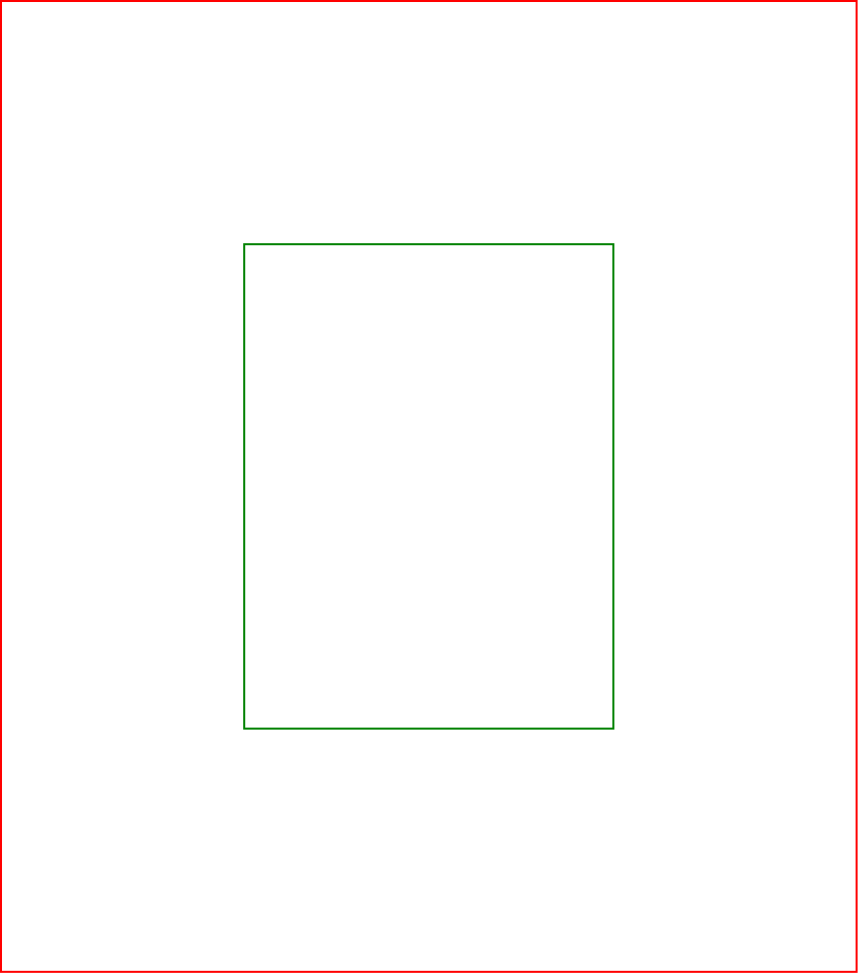
Repository: Achorn/achorn.github.io
Page: /
These files come from the project's save history. The page is drawn as it stood at one moment and after the next save; the edit follows.
The browser window is 1280 px wide. The page is 1280 px wide, then 1286 px, so the pictures cover 1286 px, including what lies to the right of the window. The pictures show the whole page, at 67% of full size.
The project was rebuilt for these pictures with package versions that can differ from the ones it lists, and the page was loaded fresh each time.

Above is the page before, as saved 2023-05-08 10:29:51.

After the next save:
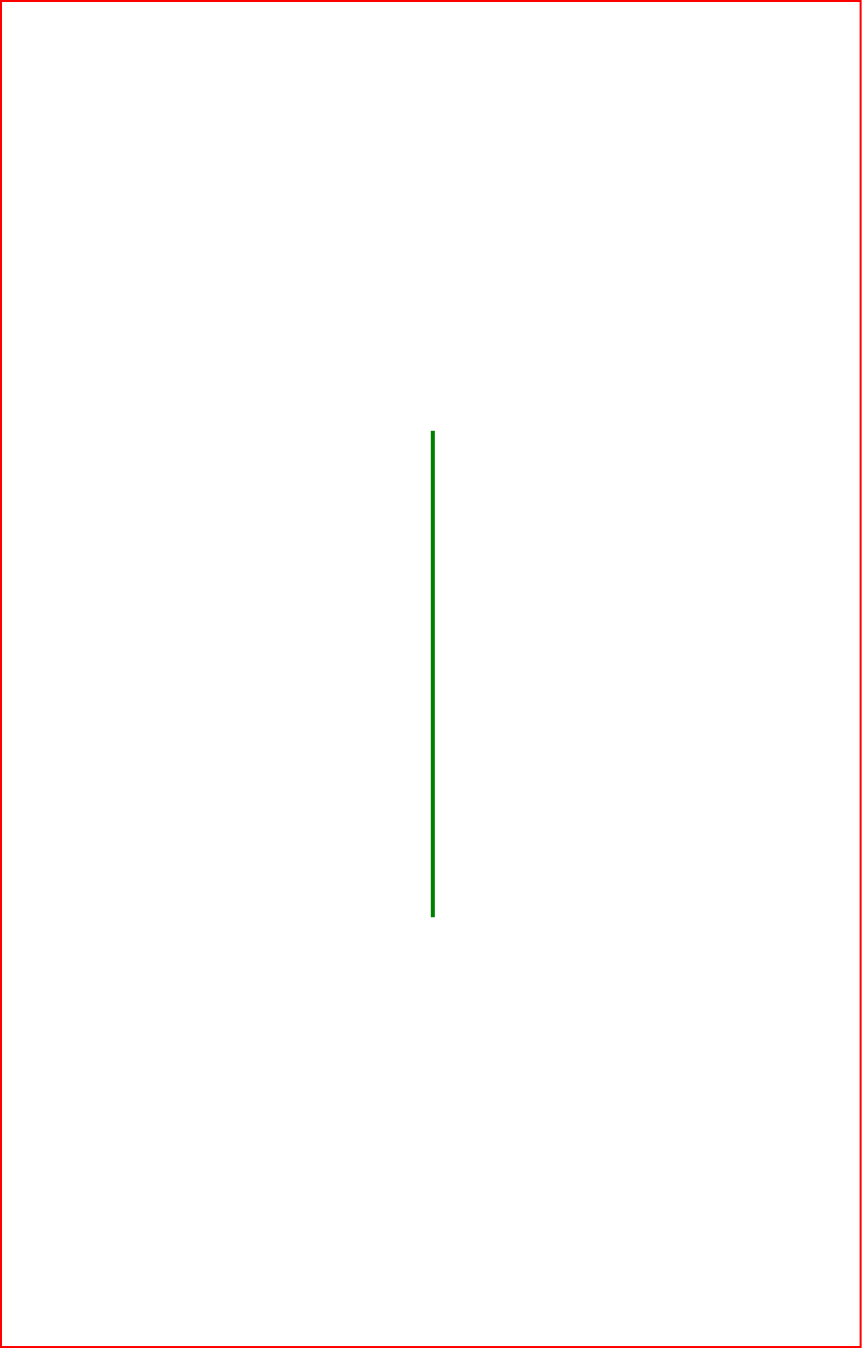
Saved 24 s later.
--- a/src/App.css
+++ b/src/App.css
@@ -2,7 +2,7 @@
   text-align: center;
   border-style: solid;
   border-color: red;
-  padding: 50vh;
+  padding: 50vw;
 }
 
 .App-logo {
